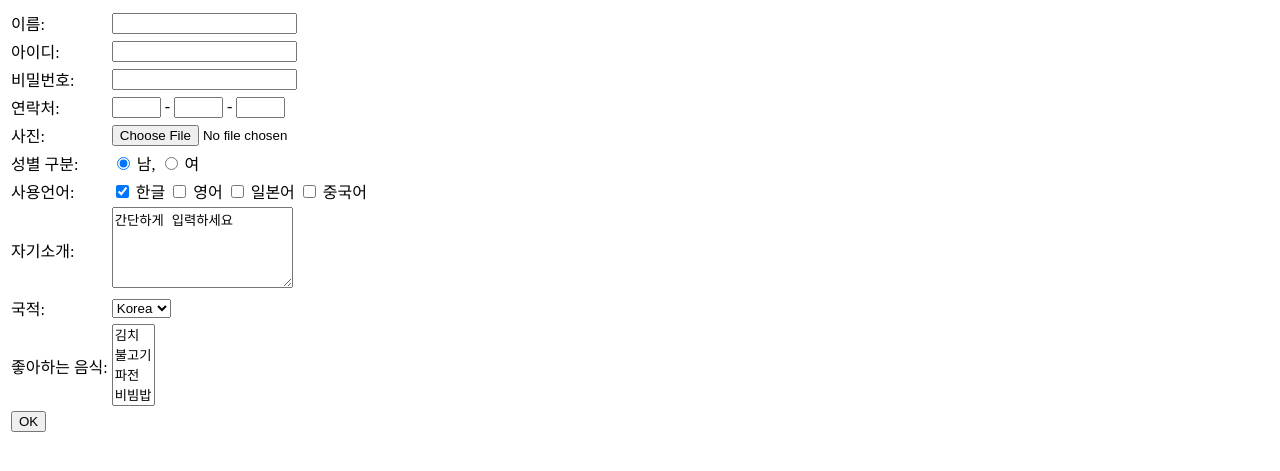
Repository: tjdwlsaos22/TJ_JSP
Page: jsp/HTML/src/main/webapp/Lec06.html
These files come from the project's save history. The page is drawn as it stood at one moment and after the next save; the edit follows.
The browser window is 1280 px wide. The pictures show the whole page.

Above is the page before, as saved 2024-01-17 05:10:42.

### jsp/HTML/src/main/webapp/Lec06.html
<!DOCTYPE html>
<html>
	<head>
		<meta charset="UTF-8">
		<title>Insert title here</title>
	</head>
	<body>
		<form action="#" method="get">
			<table>
				<tr>
					<td>이름:</td>
					<td><input type="text" name="userName"></td>
				</tr>
				<tr>
					<td>아이디:</td>
					<td><input type="text" name="userId"></td>
				</tr>
				<tr>
					<td>비밀번호:</td>
					<td><input type="password" name="userPassword"></td>
				</tr>
				<tr>
					<td>연락처:</td>
					<td>
						<input type="text" name="phone1" size="3"> -
						<input type="text" name="phone2" size="3"> -
						<input type="text" name="phone3" size="3">
					</td>
				</tr>
				<tr>
					<td>사진:</td>
					<td><input type="file" name="picture"></td>
				</tr>
				<tr>
					<td>성별 구분:</td>
					<td>
						<input type="radio" name="gender" value="man" checked="checked"> 남,
						<input type="radio" name="gender" value="woman"> 여
					</td>
				</tr>
				<tr>
					<td>사용언어:</td>
					<td>
						<input type="checkbox" name="lang" value="kor" checked="checked"> 한글
						<input type="checkbox" name="lang" value="eng"> 영어
						<input type="checkbox" name="lang" value="jpn"> 일본어
						<input type="checkbox" name="lang" value="chn"> 중국어
					</td>
				</tr>
				<tr>
					<td>자기소개:</td>
					<td><textarea rows="5" cols="20" name="introduce">간단하게 입력하세요</textarea></td>
				</tr>
				<tr>
					<td>국적:</td>
					<td>
						<select name="nationally">
							<option>Korea</option>
							<option>USA</option>
							<option>Japan</option>
							<option>China</option>
						</select>
					</td>
				</tr>
				<tr>
					<td>좋아하는 음식:</td>
					<td>
						<select multiple="multiple" name="food">
							<option>김치</option>
							<option>불고기</option>
							<option>파전</option>
							<option>비빔밥</option>
						</select>
					</td>
				</tr>
				<tr>
					<td align="left"><input type="submit" name="order" value="OK"></td>
				</tr>
			</table>
		</form>
	</body>
</html>

After the next save:
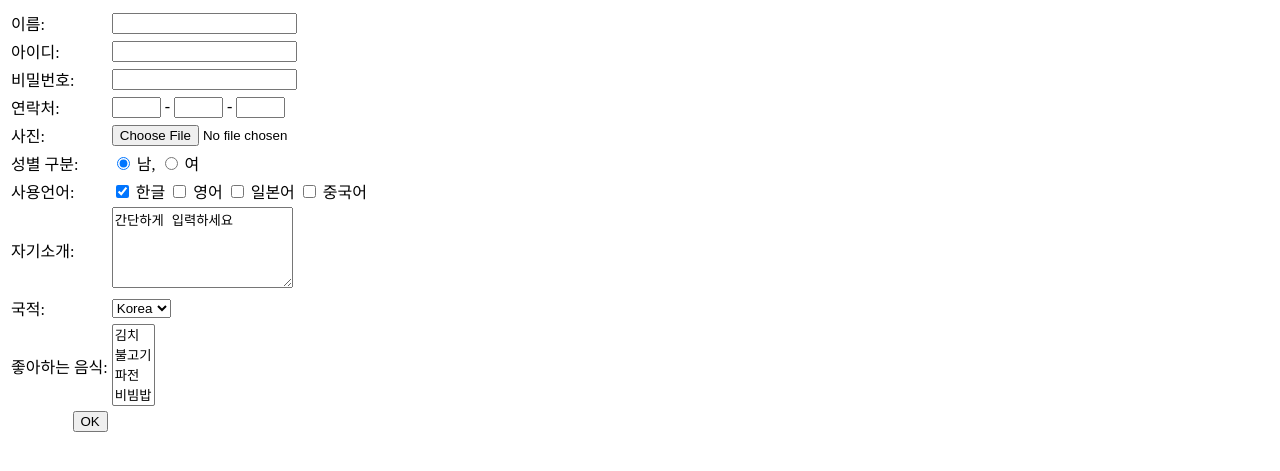
Saved 9 s later.
--- a/jsp/HTML/src/main/webapp/Lec06.html
+++ b/jsp/HTML/src/main/webapp/Lec06.html
@@ -74,7 +74,7 @@
 					</td>
 				</tr>
 				<tr>
-					<td align="left"><input type="submit" name="order" value="OK"></td>
+					<td align="right"><input type="submit" name="order" value="OK"></td>
 				</tr>
 			</table>
 		</form>
